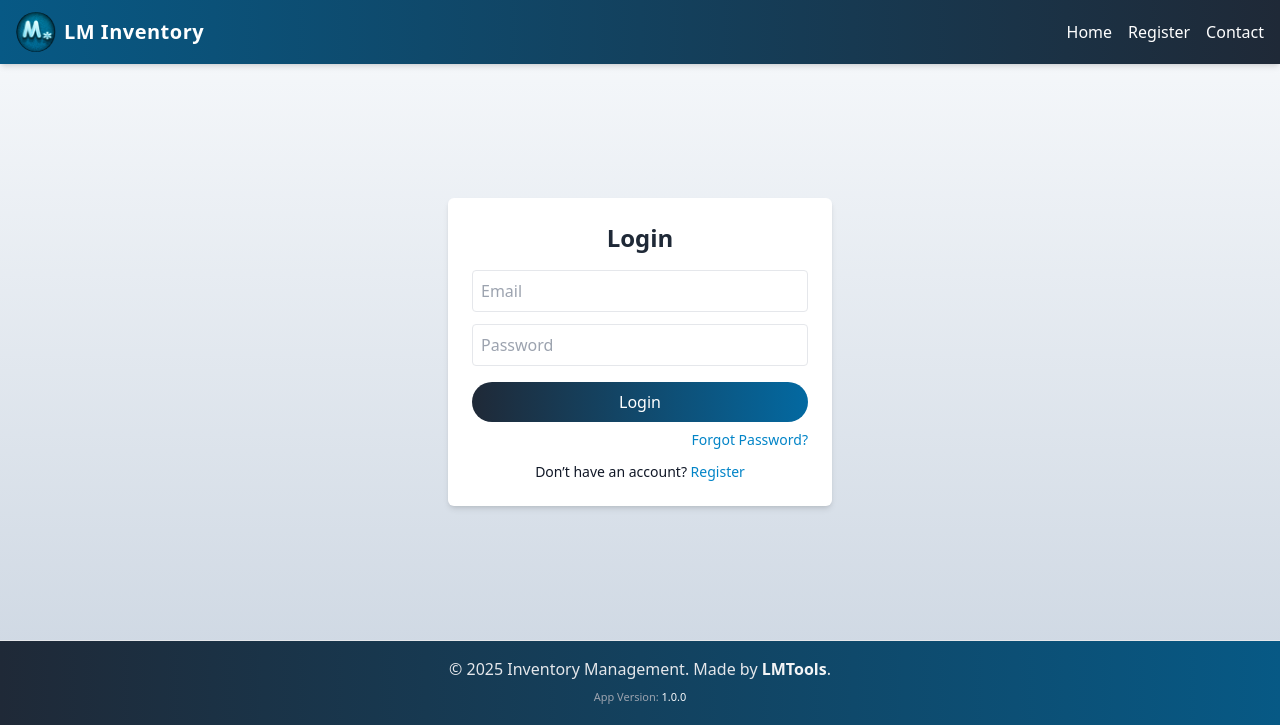
Repository: PalaiSoftware/React_Frontend
Page: /inventory/sales
An editor plug-in stored every save of this project. The page is shown before and after the next save, followed by the edit.
The browser window is 1280 px wide. The pictures show the whole page.
The project was rebuilt for these pictures with package versions that can differ from the ones it lists, and the page was loaded fresh each time. Also part of the build but not shown: vite.config.js, src/pages/Home.jsx, src/pages/Register.jsx, src/components/Card.jsx, src/components/Header.jsx, src/pages/Dashboard.jsx, src/components/Sidebar.jsx, src/layout/MainLayout.jsx and 13 more.

Above is the page before, as saved 2025-11-14 14:45:41.

### src/index.css
@tailwind base;
@tailwind components;
@tailwind utilities;

/* @import url('https://fonts.googleapis.com/css2?family=Raleway:wght@400;500;600;700&display=swap'); */

/* Optional: you can add global overrides here */
body {
  @apply bg-slate-50 text-gray-900;
}
/* body {
  font-family: 'Raleway', Arial, sans-serif;
} */


@keyframes slide-in {
  0% {
    opacity: 0;
    transform: translateX(100%);
  }
  100% {
    opacity: 1;
    transform: translateX(0);
  }
}

.animate-slide-in {
  animation: slide-in 0.3s ease-out forwards;
}

### src/App.jsx
import { BrowserRouter as Router, Routes, Route } from "react-router-dom";

import Home from "./pages/Home";
import Login from "./pages/Login";
import Register from "./pages/Register";
import Dashboard from "./pages/Dashboard";
import MainLayout from "./layout/MainLayout";
import AuthLayout from "./layout/AuthLayout";
import Contact from "./pages/Contact";
import Customers from "./pages/Customers";
import Products from "./pages/Products";
import ProductInfo from "./pages/ProductInfo";
import Vendor from "./pages/Vendor";
import DueRecord from "./pages/DueRecord";
import User from "./pages/User";
import Sales from "./pages/Sales";
import Purchase from "./pages/Purchase";
import Profile from "./pages/Profile";
import Admin from "./pages/Admin";

import ProtectedRoute from "./components/ProtectedRoute";
import GuestRoute from "./components/GuestRoute";

function App() {
  return (
    <Router>
      <Routes>

        {/* Public / Auth pages (only for guests) */}
        <Route element={<GuestRoute><AuthLayout /></GuestRoute>}>
          <Route path="/" element={<Home />} />
          <Route path="/login" element={<Login />} />
          <Route path="/register" element={<Register />} />
          <Route path="/contact" element={<Contact />} />
        </Route>

        {/* Admin page can remain public or you can protect it later */}
        <Route path="/admin" element={<Admin />} />

        {/* Protected ERP area (checks only token) */}
        <Route element={<ProtectedRoute><MainLayout /></ProtectedRoute>}>
          <Route path="/dashboard" element={<Dashboard />} />
          <Route path="/customers" element={<Customers />} />
          <Route path="/products" element={<Products />} />
          <Route path="/product-info" element={<ProductInfo />} />
          <Route path="/vendor" element={<Vendor />} />
          <Route path="/due-record" element={<DueRecord />} />
          <Route path="/inventory/sales" element={<Sales />} />
          <Route path="/inventory/purchase" element={<Purchase />} />
          <Route path="/management/user" element={<User />} />
          <Route path="/profile" element={<Profile />} />
        </Route>

      </Routes>
    </Router>
  );
}

export default App;

### src/pages/Login.jsx
import { useState, useEffect } from "react";
import { useNavigate } from "react-router-dom";
import { API_BASE_URL } from "../config";

async function loginUser(email, password) {
  const res = await fetch(`${API_BASE_URL}/login`, {
    method: "POST",
    headers: { "Content-Type": "application/json" },
    body: JSON.stringify({ email, password }),
  });

  const data = await res.json();

  if (!res.ok) {
    if (data.errors) {
      const messages = Object.values(data.errors).flat().join(", ");
      throw new Error(messages);
    } else {
      throw new Error(data.message || "Login failed");
    }
  }

  const modifiedUser = {
    ...data.user,
    cid: data.client?.id,
    client_name: data.client?.name,
  };

  localStorage.setItem("authToken", data.token);
  localStorage.setItem("user", JSON.stringify(modifiedUser));

  return modifiedUser;
}

export default function Login() {
  const navigate = useNavigate();
  const [formData, setFormData] = useState({ email: "", password: "" });
  const [loading, setLoading] = useState(false);
  const [toast, setToast] = useState({ message: "", type: "" });

  // If user already has token, go to dashboard
  useEffect(() => {
    const token = localStorage.getItem("authToken");
    if (token) navigate("/dashboard", { replace: true });
  }, [navigate]);

  // ✅ Auto-hide toast after 2 seconds
  useEffect(() => {
    if (toast.message) {
      const timer = setTimeout(() => {
        setToast({ message: "", type: "" });
      }, 2000);
      return () => clearTimeout(timer);
    }
  }, [toast]);

  const handleChange = (e) =>
    setFormData({ ...formData, [e.target.name]: e.target.value });

  const handleLogin = async (e) => {
    e.preventDefault();
    setLoading(true);
    setToast({ message: "", type: "" });

    try {
      await loginUser(formData.email, formData.password);

      setToast({ message: "Login successful!", type: "success" });

      // Always redirect to dashboard for all users
      setTimeout(() => navigate("/dashboard"), 400);
    } catch (err) {
      setToast({
        message: err.message || "Invalid email or password",
        type: "error",
      });
    } finally {
      setLoading(false);
    }
  };

  return (
    <div className="flex justify-center items-center min-h-[80vh] px-3 py-4">
      <form
        onSubmit={handleLogin}
        className="bg-white shadow-md p-6 rounded-md w-full max-w-sm relative"
      >
        <h2 className="text-2xl font-semibold text-center mb-4 text-gray-800">
          Login
        </h2>

        <input
          type="email"
          name="email"
          placeholder="Email"
          value={formData.email}
          onChange={handleChange}
          required
          className="border w-full p-2 rounded mb-3 focus:outline-sky-500"
        />

        <input
          type="password"
          name="password"
          placeholder="Password"
          value={formData.password}
          onChange={handleChange}
          required
          className="border w-full p-2 rounded mb-4 focus:outline-sky-500"
        />

        <button
          type="submit"
          disabled={loading}
          className="w-full bg-gradient-to-r from-gray-800 to-sky-700 text-white py-2 rounded-full hover:bg-sky-700 transition"
        >
          {loading ? "Logging in..." : "Login"}
        </button>

        <div className="text-right mt-2 mb-3 text-sm">
          <span
            onClick={() => navigate("/forgot-password")}
            className="text-sky-600 hover:underline cursor-pointer"
          >
            Forgot Password?
          </span>
        </div>

        <p className="text-center text-sm mt-2">
          Don’t have an account?{" "}
          <span
            onClick={() => navigate("/register")}
            className="text-sky-600 hover:underline cursor-pointer"
          >
            Register
          </span>
        </p>

        {toast.message && (
          <div
            className={`absolute top-0 left-1/2 transform -translate-x-1/2 mt-2 px-4 py-2 rounded ${
              toast.type === "success"
                ? "bg-green-500 text-white"
                : "bg-red-500 text-white"
            }`}
          >
            {toast.message}
          </div>
        )}
      </form>
    </div>
  );
}

### src/layout/AuthLayout.jsx
import { Outlet } from "react-router-dom";
import Navbar from "../components/Navbar";
import Footer from "../components/Footer";
import usePageTitle from "../hooks/usePageTitle"; // 👈 import the hook

export default function AuthLayout() {
    usePageTitle(); // 👈 sets browser tab title dynamically

  return (
    <div className="flex flex-col min-h-screen bg-gradient-to-b from-slate-50 to-slate-300">
      <Navbar />
      <main className="flex-grow">
        <Outlet />
      </main>
      <Footer />
    </div>
  );
}

### src/components/ProtectedRoute.jsx
import { Navigate } from "react-router-dom";

export default function ProtectedRoute({ children }) {
  const token = localStorage.getItem("authToken");
  if (!token) {
    return <Navigate to="/login" replace />;
  }
  return children;
}

### src/config.js
export const API_BASE_URL = "http://127.0.0.1:8000/api";
//export const API_BASE_URL = "/api";

### src/hooks/usePageTitle.js
import { useEffect } from "react";
import { useLocation } from "react-router-dom";

export default function usePageTitle() {
  const location = useLocation();

  useEffect(() => {
    const routeMap = {
      "/": "Home",
      "/login": "Login",
      "/register": "Register",
      "/contact": "Contact",
      "/admin": "Admin",

      "/dashboard": "Dashboard",
      "/customers": "Customers",
      "/products": "Products",
      "/product-info": "Product Info",
      "/vendor": "Vendor",
      "/due-record": "Due Record",
      "/inventory/sales": "Sales",
      "/inventory/purchase": "Purchase",
      "/management/user": "User Management",
      "/profile": "Profile",
    };

    const title = routeMap[location.pathname] || "ERP Dashboard";

    // Pages that should show ONLY "LM Tools"
    const simplePages = ["/", "/login", "/register", "/contact"];

    if (simplePages.includes(location.pathname)) {
      document.title = "LM Tools";
    } else {
      document.title = `${title} `;
    }
  }, [location.pathname]);
}

### src/components/Navbar.jsx
import { Link, useLocation } from "react-router-dom";
import { useState } from "react";
import { FaBars, FaTimes } from "react-icons/fa";

export default function Navbar() {
  const [isOpen, setIsOpen] = useState(false);
  const location = useLocation();
  const path = location.pathname;

  let links = [];

  // Define links based on route
  if (path === "/admin") {
    links = [
      { path: "/dashboard", label: "Dashboard" },
      { path: "/profile", label: "Profile" },
    ];
  } else if (path === "/register") {
    links = [
      { path: "/register", label: "Register" },
      { path: "/contact", label: "Contact" },
    ];
  } else if (["/", "/login", "/contact"].includes(path)) {
    links = [
      { path: "/", label: "Home" },
      { path: "/login", label: "Login" },
      { path: "/register", label: "Register" },
      { path: "/contact", label: "Contact" },
    ];
  }

  return (
    <nav className="bg-gradient-to-r from-sky-800 to-gray-800 text-white shadow-md">
      <div className="container mx-auto flex justify-between items-center px-4 py-3">
        {/* Logo + Title */}
        <div className="flex items-center space-x-2">
          <img
            src="/lmlogo.png" // 👈 place your logo file in the "public" folder
            alt="LM Inventory Logo"
            className="h-8 w-8 md:h-10 md:w-10 rounded-full"
          />
          <h1 className="text-lg md:text-xl font-semibold tracking-wide">
            LM Inventory
          </h1>
        </div>

        {/* Desktop Menu */}
        <div className="hidden md:flex space-x-4">
          {links.map(
            (link) =>
              link.path !== path && (
                <Link
                  key={link.path}
                  to={link.path}
                  className="hover:text-gray-200"
                >
                  {link.label}
                </Link>
              )
          )}
        </div>

        {/* Mobile Menu Button */}
        {links.length > 0 && (
          <button
            className="md:hidden text-2xl focus:outline-none"
            onClick={() => setIsOpen(!isOpen)}
          >
            {isOpen ? <FaTimes /> : <FaBars />}
          </button>
        )}
      </div>

      {/* Mobile Menu */}
      {isOpen && links.length > 0 && (
        <div className="md:hidden flex flex-col bg-gray-800 text-white px-4 py-3 space-y-2">
          {links.map(
            (link) =>
              link.path !== path && (
                <Link
                  key={link.path}
                  to={link.path}
                  className="hover:text-gray-200"
                  onClick={() => setIsOpen(false)}
                >
                  {link.label}
                </Link>
              )
          )}
        </div>
      )}
    </nav>
  );
}

### src/components/Footer.jsx
export default function Footer() {
  return (
    <footer className="bg-gradient-to-r from-gray-800 to-sky-800 text-center py-4 px-4 text-sm sm:text-base text-gray-200 border-t">
      <p>
        © {new Date().getFullYear()} Inventory Management. Made by{" "}
        <span className="font-semibold text-gray-100">LMTools</span>.
      </p>
      <p className="text-[10px] sm:text-[11px] text-gray-400 mt-1">
        App Version: <span className="text-slate-50">1.0.0</span>
      </p>
    </footer>
  );
}

Loaded but not shown: src/main.jsx (common file); tailwind.config.js (common file)

After the next save:
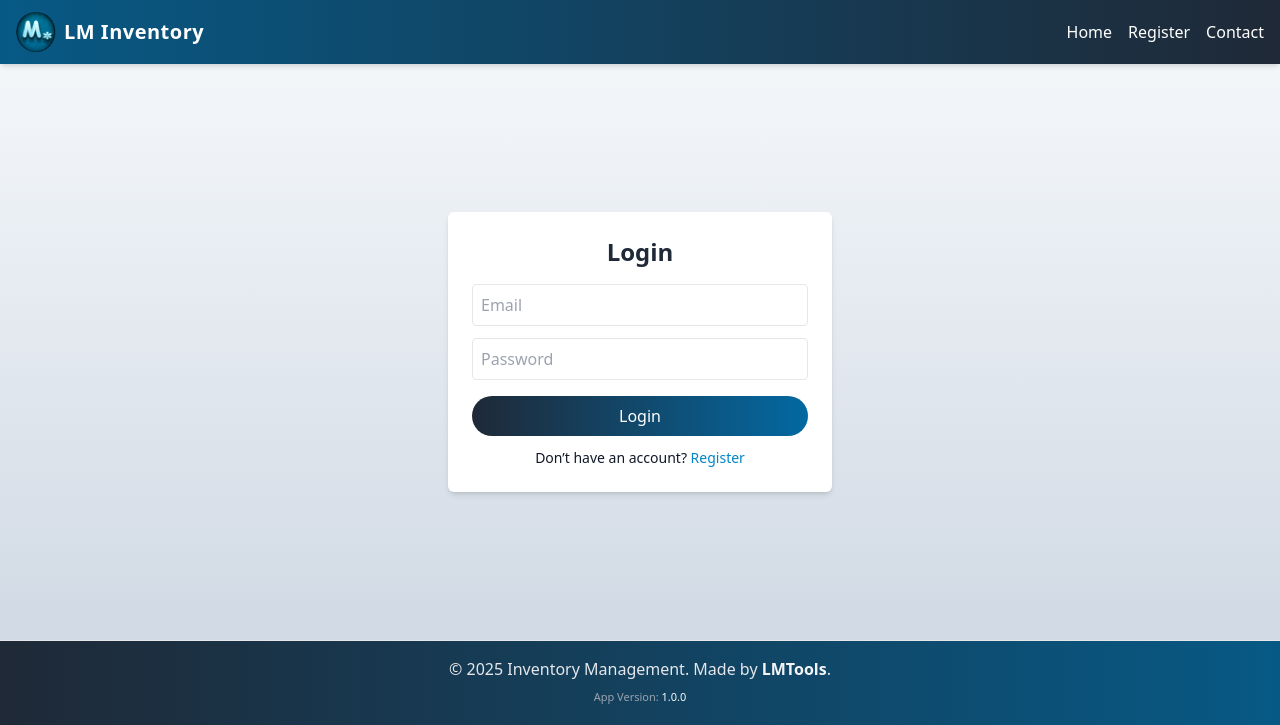
Saved 115 s later.
--- a/src/pages/Login.jsx
+++ b/src/pages/Login.jsx
@@ -118,12 +118,12 @@ export default function Login() {
         </button>
 
         <div className="text-right mt-2 mb-3 text-sm">
-          <span
+          {/* <span
             onClick={() => navigate("/forgot-password")}
             className="text-sky-600 hover:underline cursor-pointer"
           >
             Forgot Password?
-          </span>
+          </span> */}
         </div>
 
         <p className="text-center text-sm mt-2">
